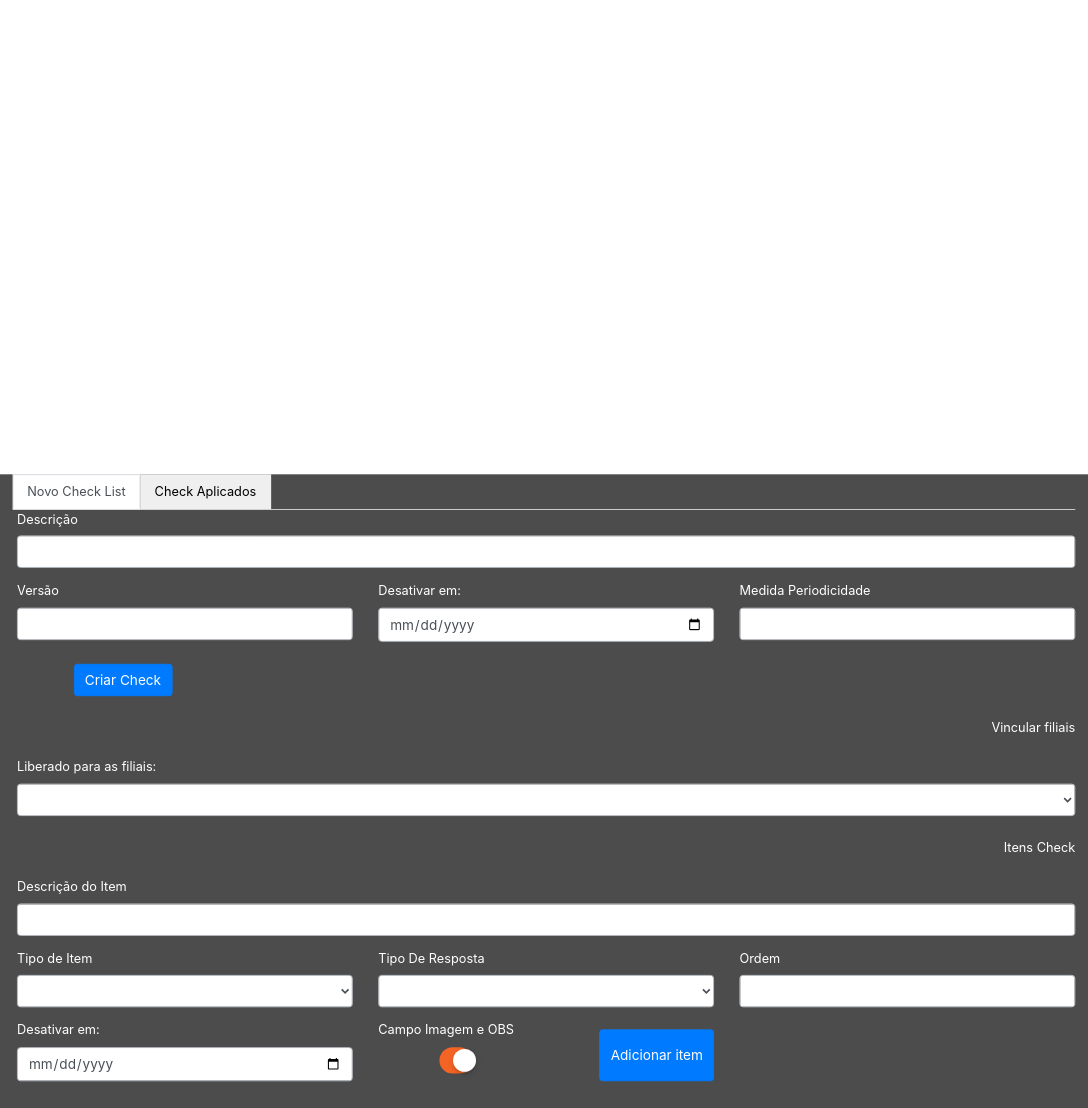
Repository: Conlog-SA/portal_operacional
Page: apps/safety_layout_checklist_app/templates/safety_layout_checklist_app/form_cad_layout_checklist.html
These files come from the project's save history. The page is drawn as it stood at one moment and after the next save; the edit follows.
The browser window is 1280 px wide. The pictures show the whole page, at 85% of full size.
The template is drawn by Django 3.2. The application's start-up code is not run. The template is opened directly, without the code that normally fills it, so the values that code supplies are empty.

Above is the page before, as saved 2023-11-16 15:53:34.

After the next save:
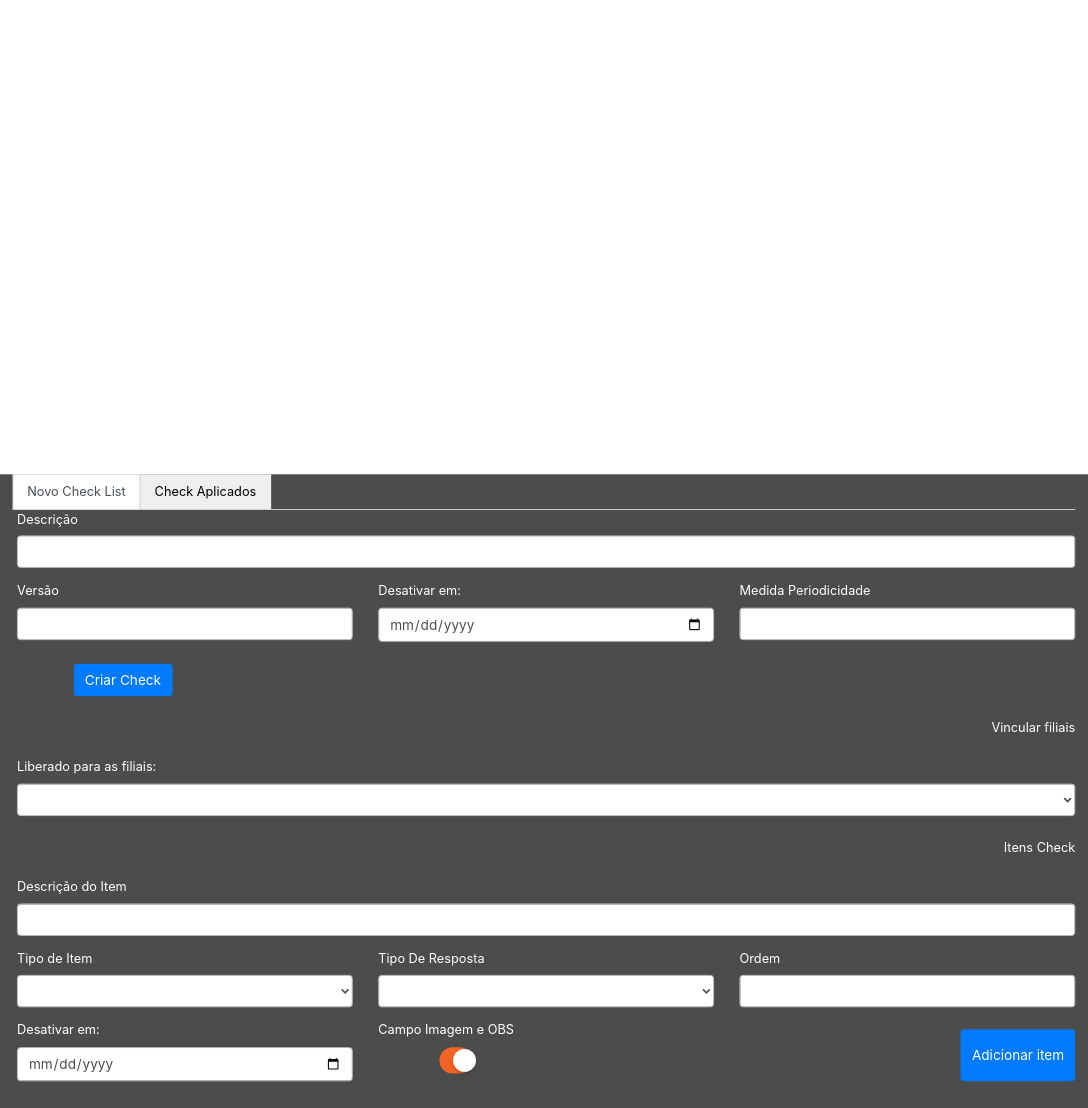
Saved 43 s later.
--- a/apps/safety_layout_checklist_app/templates/safety_layout_checklist_app/form_cad_layout_checklist.html
+++ b/apps/safety_layout_checklist_app/templates/safety_layout_checklist_app/form_cad_layout_checklist.html
@@ -111,7 +111,7 @@
                                         </label>
                                   </div>
                               </div>
-                              <div class="form-group  col-md-2 w-15 d-flex justify-content-end" style="margin-top:10px">
+                              <div class="form-group  col-md-6 w-15 d-flex justify-content-end" style="margin-top:10px">
                                 <button type="button" class="btn btn-primary btn-form" id="btn_new_check" name="btn_new_check"> Adicionar item</button>
                              </div>
                           </div>
